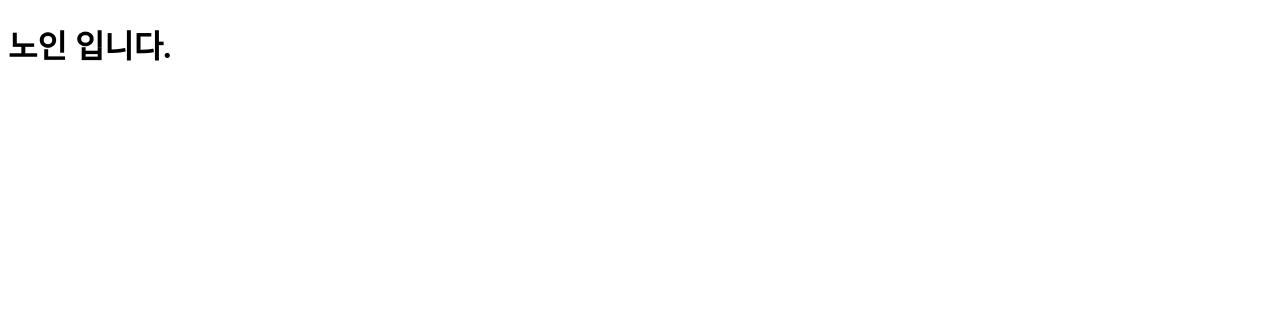
Repository: lee-ruru/jsp_practice
Page: http://localhost/JSPBasic/JspObject/4.objecttest/bus_senior.jsp
These files come from the project's save history. The page is drawn as it stood at one moment and after the next save; the edit follows.
The browser window is 1280 px wide. The pictures show the whole page.
The page is served by Tomcat 9.

Above is the page before, as saved 2022-02-07 05:45:26.

### JSPBasic/src/main/webapp/JspObject/4.objecttest/bus_senior.jsp
<%@ page language="java" contentType="text/html; charset=UTF-8"
    pageEncoding="UTF-8"%>
<!DOCTYPE html>
<html>
<head>
<meta charset="UTF-8">
<title>Insert title here</title>
</head>
<body>
	<h1>노인 입니다.</h1>
</body>
</html>

After the next save:
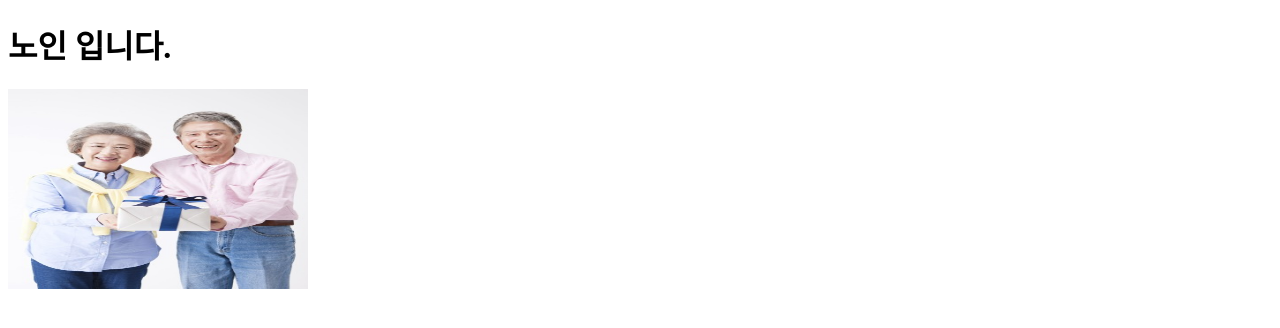
Saved 13 s later.
--- a/JSPBasic/src/main/webapp/JspObject/4.objecttest/bus_senior.jsp
+++ b/JSPBasic/src/main/webapp/JspObject/4.objecttest/bus_senior.jsp
@@ -8,5 +8,6 @@
 </head>
 <body>
 	<h1>노인 입니다.</h1>
+	<img src="senior.jpg" width="300px" height="200px">
 </body>
 </html>
